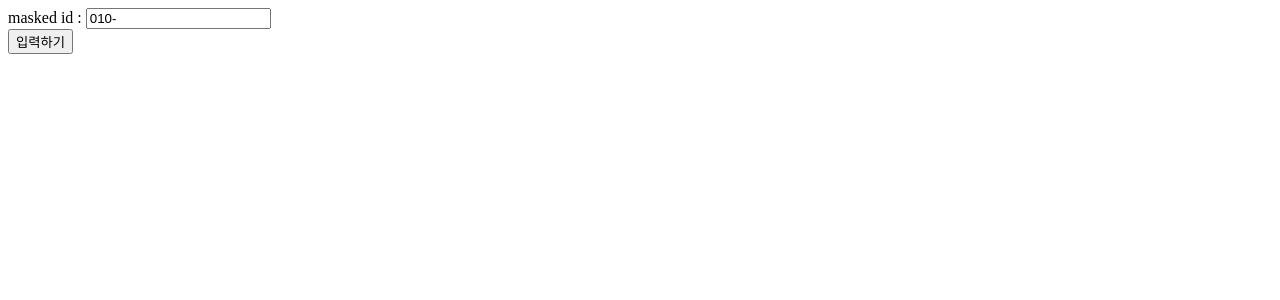
Repository: leebo-ram/tripleacoffee
Page: test.html
An editor plug-in stored every save of this project. The page is shown before and after the next save, followed by the edit.
The browser window is 1280 px wide. The pictures show the whole page.

Above is the page before, as saved 2023-01-07 18:46:20.

After the next save:
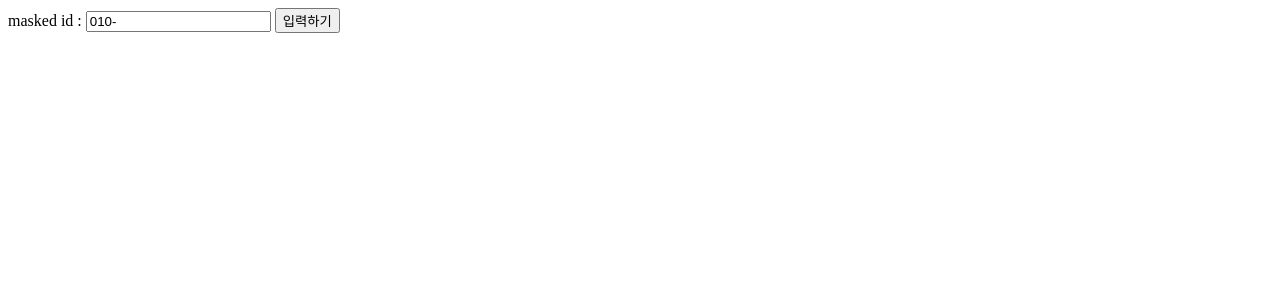
Saved 102 s later.
--- a/test.html
+++ b/test.html
@@ -31,13 +31,11 @@
 
 </script>
 
-<form name="form1">
   masked id : <input type="text" name="mobileNumber" id="mobileNumber" value="010-"
   onfocus="this.value=document.form1.id.value; return true;"
   onblur="make_mask_id(this.value); return true;">
 
   <input type="hidden" name="id" id="phoneNum">
-</form>
   <button onClick="console.log(document.form1.id.value); void(0);" >입력하기</button>
 <body>
 
